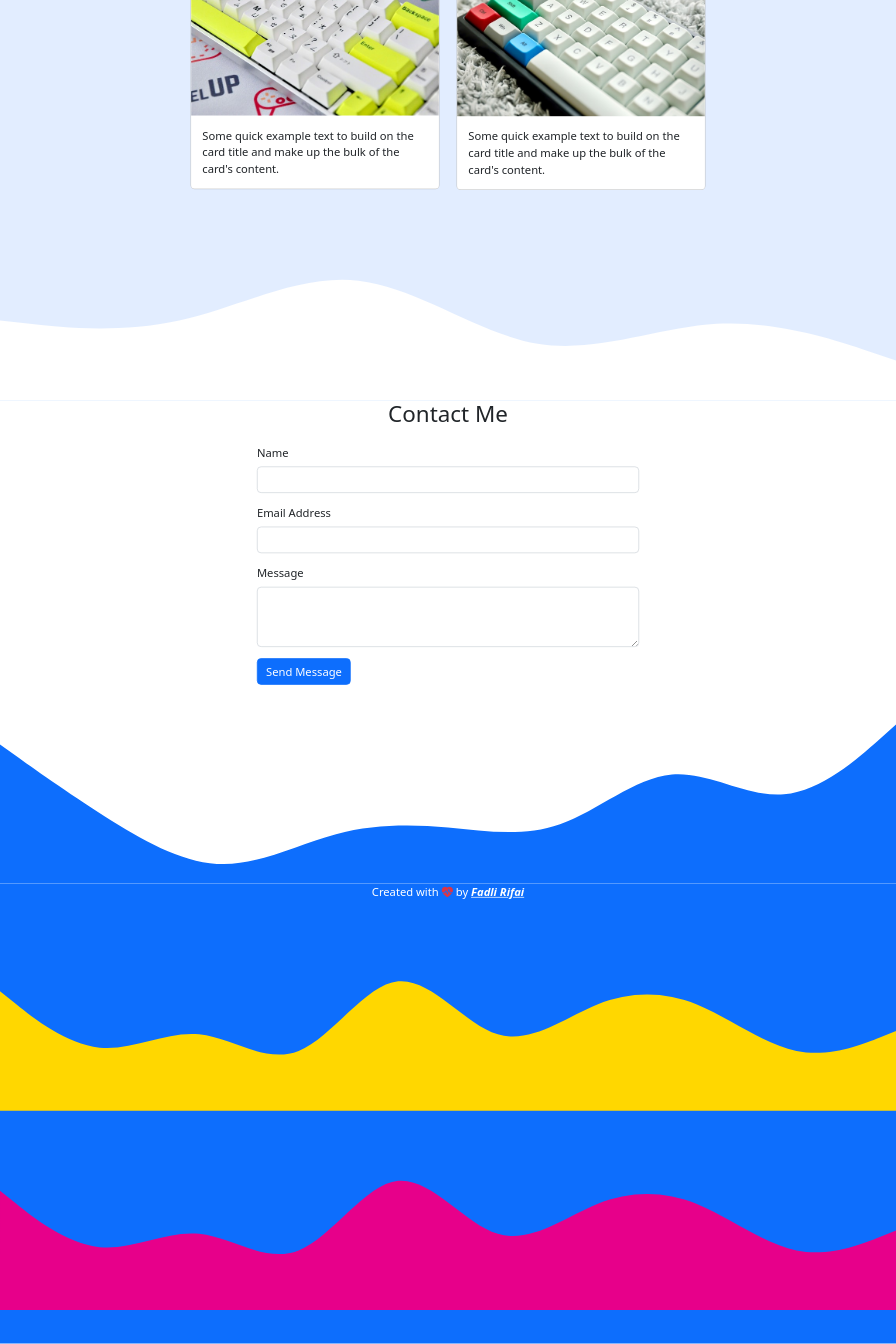
Repository: fadlyyy/fadli-dev.github.io
Page: index.html
The author's editor kept a copy of each file at every save. The page is drawn from the files as they stood at one save, then again after the next save.
The browser window is 1280 px wide. The pictures show the part of the page from y = 1985 to 3905 px (the page is 3905 px tall before and 3621 px after), at 70% of full size.

Above is the page before, as saved 2024-01-19 16:32:06.

After the next save:
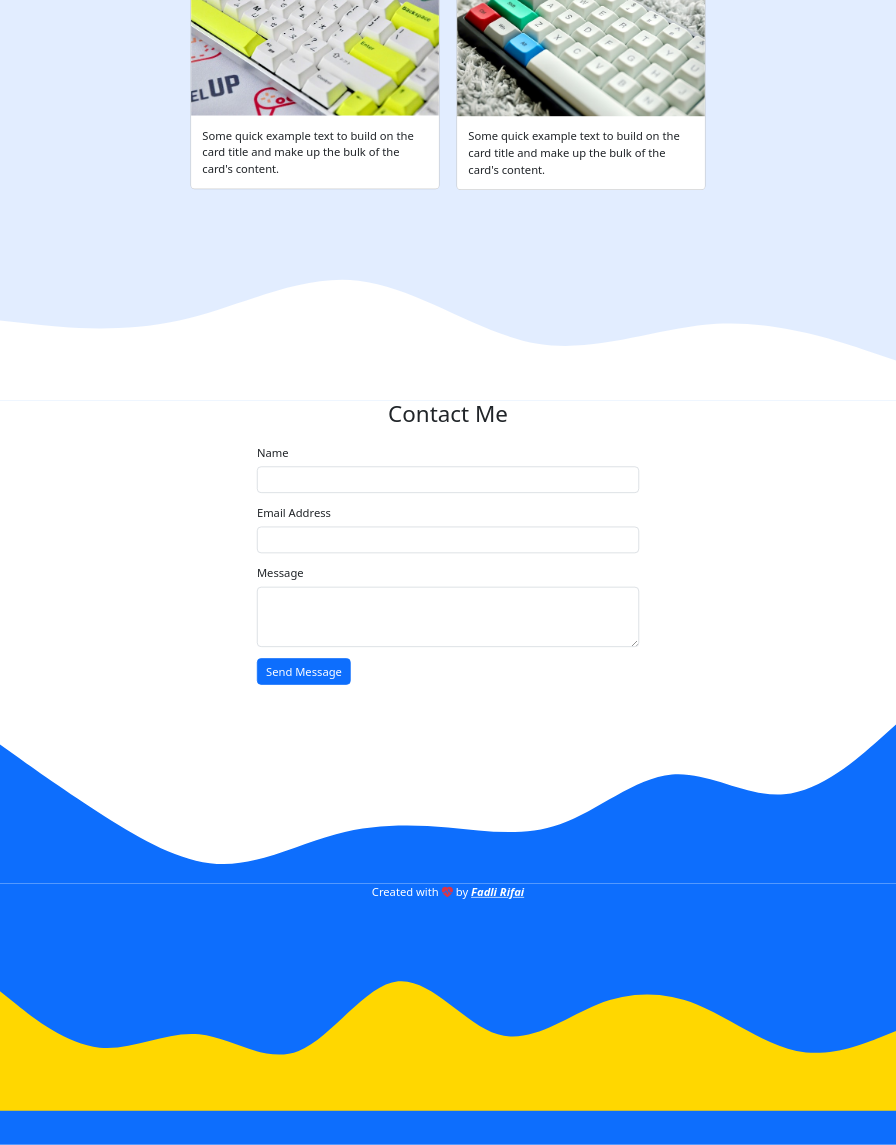
Saved 10 s later.
--- a/index.html
+++ b/index.html
@@ -199,13 +199,15 @@
             d="M0,128L26.7,149.3C53.3,171,107,213,160,218.7C213.3,224,267,192,320,197.3C373.3,203,427,245,480,224C533.3,203,587,117,640,112C693.3,107,747,181,800,197.3C853.3,213,907,171,960,149.3C1013.3,128,1067,128,1120,149.3C1173.3,171,1227,213,1280,224C1333.3,235,1387,213,1413,202.7L1440,192L1440,320L1413.3,320C1386.7,320,1333,320,1280,320C1226.7,320,1173,320,1120,320C1066.7,320,1013,320,960,320C906.7,320,853,320,800,320C746.7,320,693,320,640,320C586.7,320,533,320,480,320C426.7,320,373,320,320,320C266.7,320,213,320,160,320C106.7,320,53,320,27,320L0,320Z"
           ></path>
         </svg>
-        <svg xmlns="http://www.w3.org/2000/svg" viewBox="0 0 1440 320">
-          <path
-            fill="#e7008a"
-            fill-opacity="1"
-            d="M0,128L26.7,149.3C53.3,171,107,213,160,218.7C213.3,224,267,192,320,197.3C373.3,203,427,245,480,224C533.3,203,587,117,640,112C693.3,107,747,181,800,197.3C853.3,213,907,171,960,149.3C1013.3,128,1067,128,1120,149.3C1173.3,171,1227,213,1280,224C1333.3,235,1387,213,1413,202.7L1440,192L1440,320L1413.3,320C1386.7,320,1333,320,1280,320C1226.7,320,1173,320,1120,320C1066.7,320,1013,320,960,320C906.7,320,853,320,800,320C746.7,320,693,320,640,320C586.7,320,533,320,480,320C426.7,320,373,320,320,320C266.7,320,213,320,160,320C106.7,320,53,320,27,320L0,320Z"
-          ></path>
-        </svg>
+        <div class="gelombang2">
+          <svg xmlns="http://www.w3.org/2000/svg" viewBox="0 0 1440 320">
+            <path
+              fill="#e7008a"
+              fill-opacity="1"
+              d="M0,128L26.7,149.3C53.3,171,107,213,160,218.7C213.3,224,267,192,320,197.3C373.3,203,427,245,480,224C533.3,203,587,117,640,112C693.3,107,747,181,800,197.3C853.3,213,907,171,960,149.3C1013.3,128,1067,128,1120,149.3C1173.3,171,1227,213,1280,224C1333.3,235,1387,213,1413,202.7L1440,192L1440,320L1413.3,320C1386.7,320,1333,320,1280,320C1226.7,320,1173,320,1120,320C1066.7,320,1013,320,960,320C906.7,320,853,320,800,320C746.7,320,693,320,640,320C586.7,320,533,320,480,320C426.7,320,373,320,320,320C266.7,320,213,320,160,320C106.7,320,53,320,27,320L0,320Z"
+            ></path>
+          </svg>
+        </div>
       </div>
     </footer>
     <!-- Footer End -->

After the 5 saves that followed:
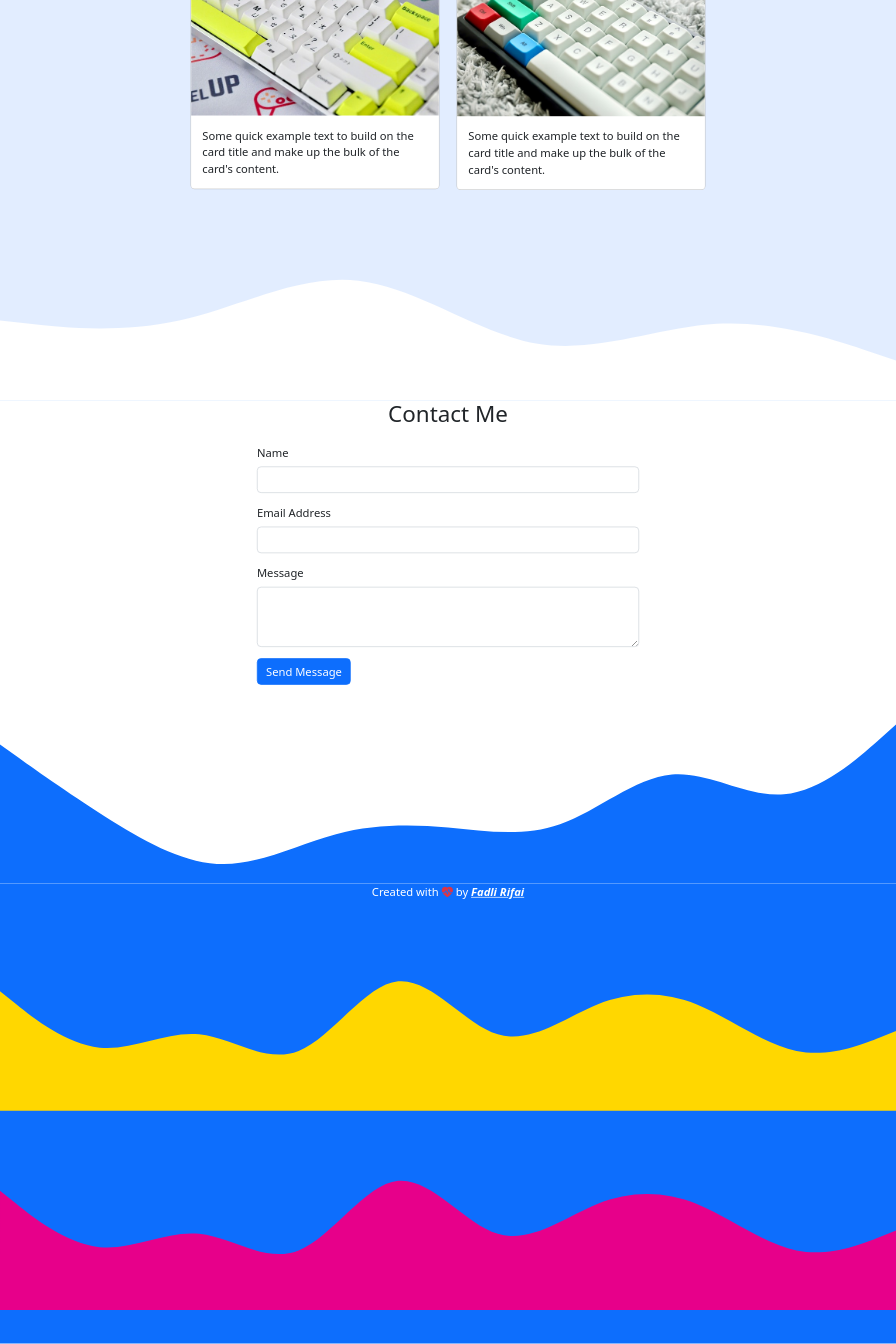
The 5 saves are shown as one change because 3 left the picture as it was and some came seconds apart.
The last was saved 57 s later.
--- a/style.css
+++ b/style.css
@@ -15,11 +15,12 @@
   scale: 1.04;
 }
 
-.gelombang {
+/* .gelombang {
   position: relative;
 }
 
 .gelombang .gelombang2 {
   position: absolute;
   top: 10px;
-}
+  z-index: -10;
+} */
